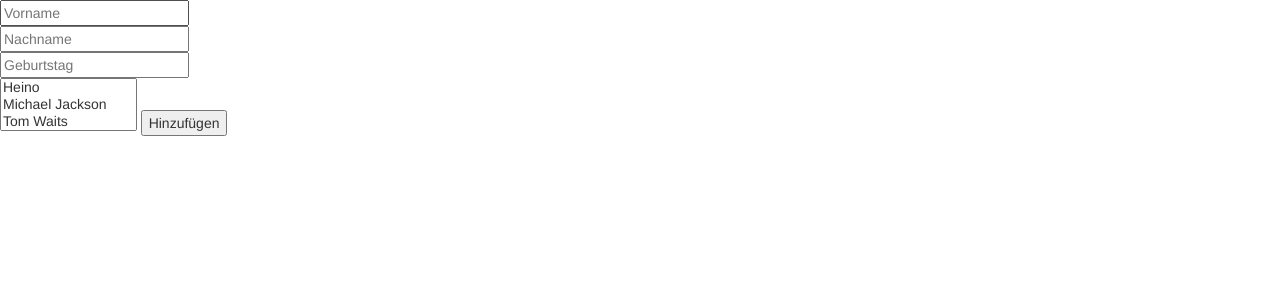
Repository: asdffdsa123/SA-Project
Page: SA-Webapp/WAR/index.html
The author's editor kept a copy of each file at every save. The page is drawn from the files as they stood at one save, then again after the next save.
The browser window is 1280 px wide. The pictures show the whole page.
Some web libraries are served in a nearby version.

Above is the page before, as saved 2013-11-24 14:02:10.

### SA-Webapp/WAR/index.html
<html>
	<head>
		<meta charset="utf-8">
		<link rel="stylesheet" href="//netdna.bootstrapcdn.com/bootstrap/3.0.2/css/bootstrap.min.css">
		<title>Wettkampf Registrierung</title>
	</head>
	<body>
		<form>
			<input type = "text" placeholder = "Vorname"/> <br/>
			<input type = "text" placeholder = "Nachname"/> <br/>
			<input type = "text" placeholder = "Geburtstag"/> <br/>
			<select name="top5" size="3">
			    <option>Heino</option>
			    <option>Michael Jackson</option>
			    <option>Tom Waits</option>
			    <option>Nina Hagen</option>
			    <option>Marianne Rosenberg</option>
		    </select>
			<button type="submit">Hinzufügen</button>

		</form>
	</body>

</html>

After the next save:
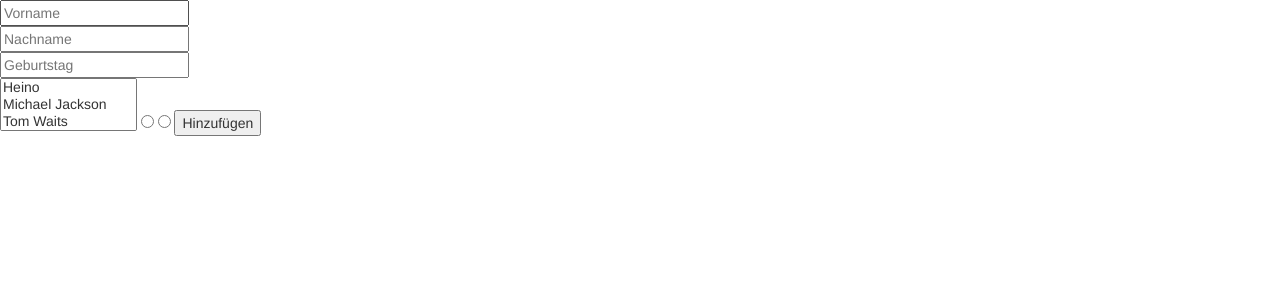
Saved 2 min 3 s later.
--- a/SA-Webapp/WAR/index.html
+++ b/SA-Webapp/WAR/index.html
@@ -16,6 +16,8 @@
 			    <option>Nina Hagen</option>
 			    <option>Marianne Rosenberg</option>
 		    </select>
+		    <input type = "radio" name = "gender" value = "Mann"/>
+		    <input type = "radio" name = "gender" value = "Frau"/>
 			<button type="submit">Hinzufügen</button>
 
 		</form>
